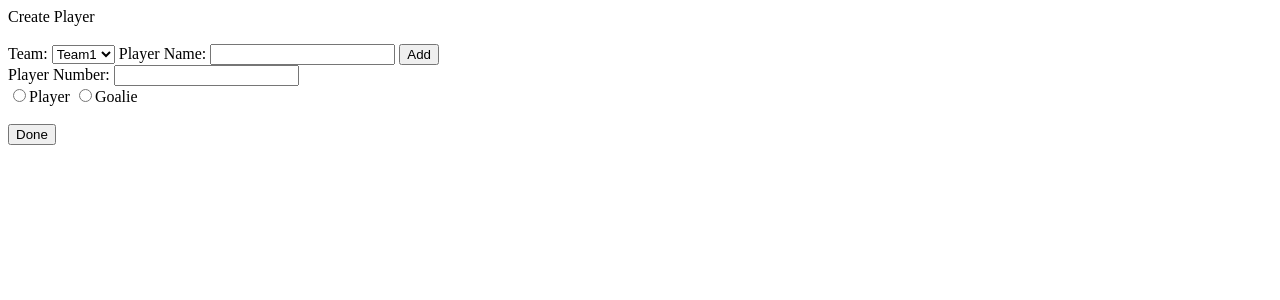
Repository: FredGlozman/SwiftScore
Page: SwiftScore/CreatePlayer.html
The author's editor kept a copy of each file at every save. The page is drawn from the files as they stood at one save, then again after the next save.
The browser window is 1280 px wide. The pictures show the whole page.

Above is the page before, as saved 2015-12-03 00:22:45.

After the next save:
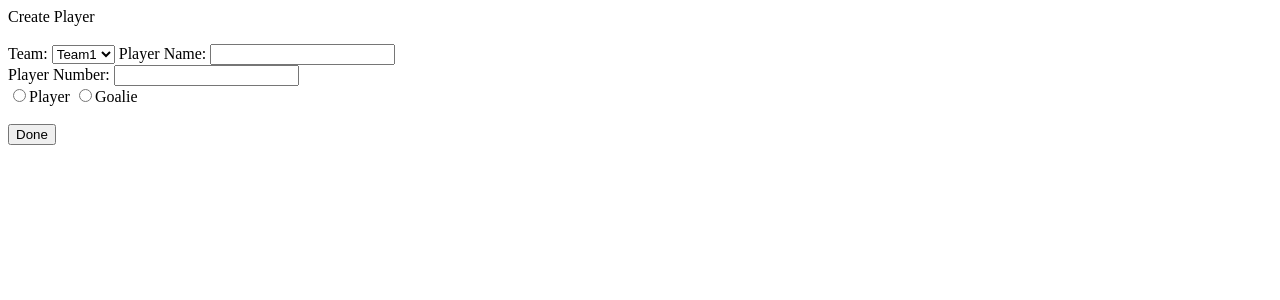
Saved 46 s later.
--- a/SwiftScore/CreatePlayer.html
+++ b/SwiftScore/CreatePlayer.html
@@ -11,7 +11,7 @@ Team: <!-- implement get teams -->
 	<option name= team value="team1">Team1</option>
 	<option name= team value="team2">Team2</option>
 </select>
-Player Name: <input type="text" name="PlayerName"> <input type= "submit" name= "add" value= "Add">
+Player Name: <input type="text" name="PlayerName">
 <br>
 Player Number: <input type="text" name="PlayerNumber">
 <br>
